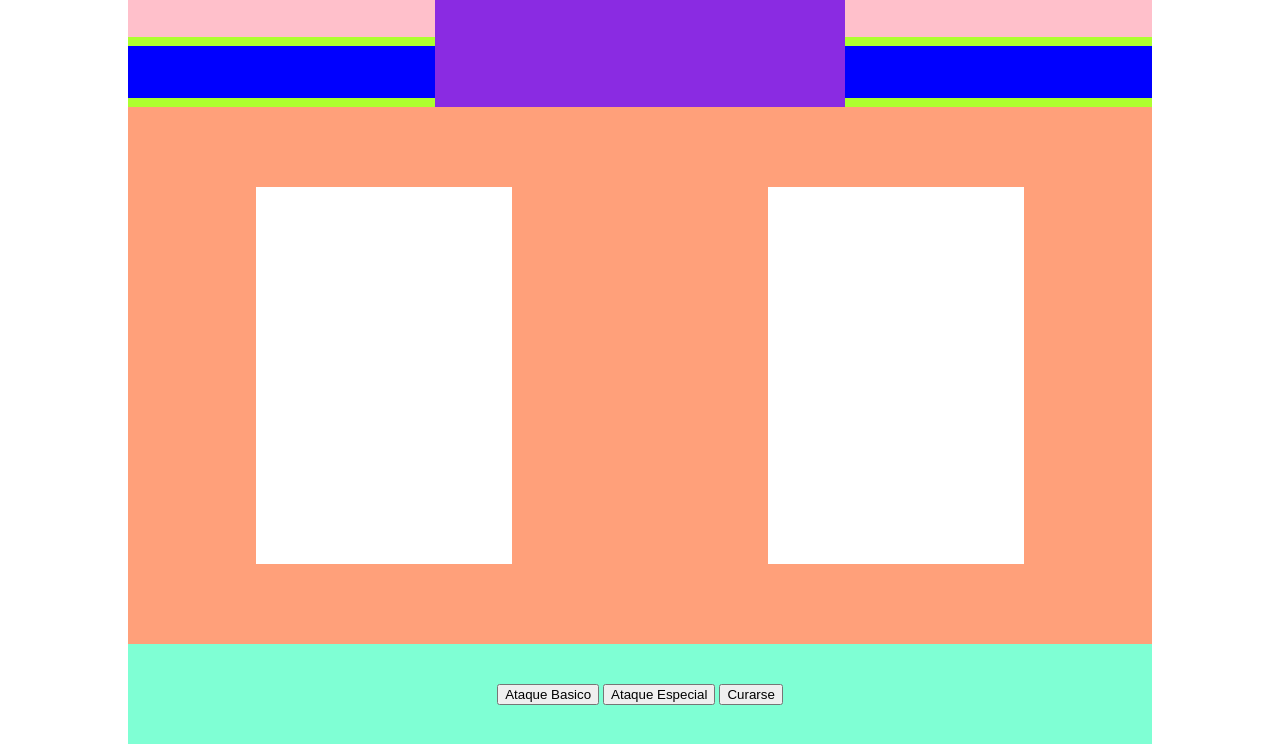
Repository: NovaDuel/novaduel-game
Page: index.html
The author's editor kept a copy of each file at every save. The page is drawn from the files as they stood at one save, then again after the next save.
The browser window is 1280 px wide. The pictures show the whole page.

Above is the page before, as saved 2024-03-25 12:26:22.

After the next save:
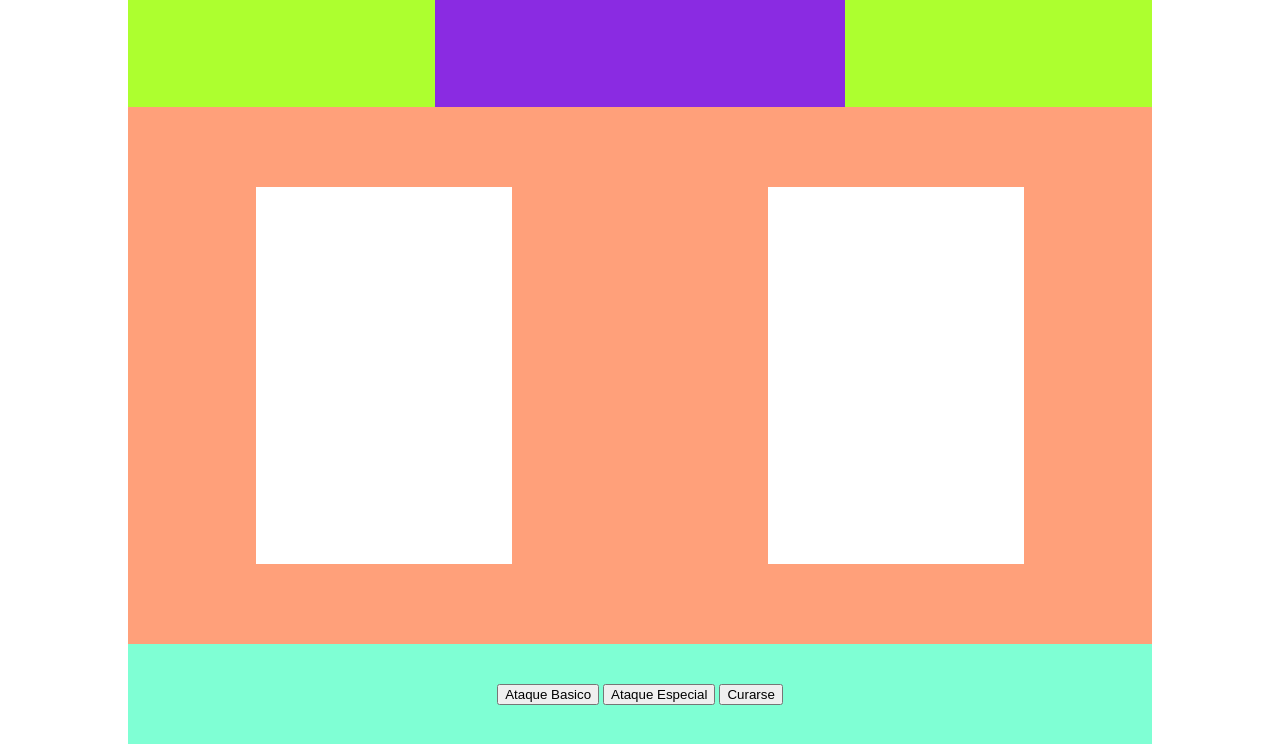
Saved 8 s later.
--- a/style.css
+++ b/style.css
@@ -34,7 +34,7 @@ body {
 .health {
     width: 100%;
     height: 40%;
-    margin: 0 10px;
+    margin: 100px 0;
     background-color: pink;
 }
 
